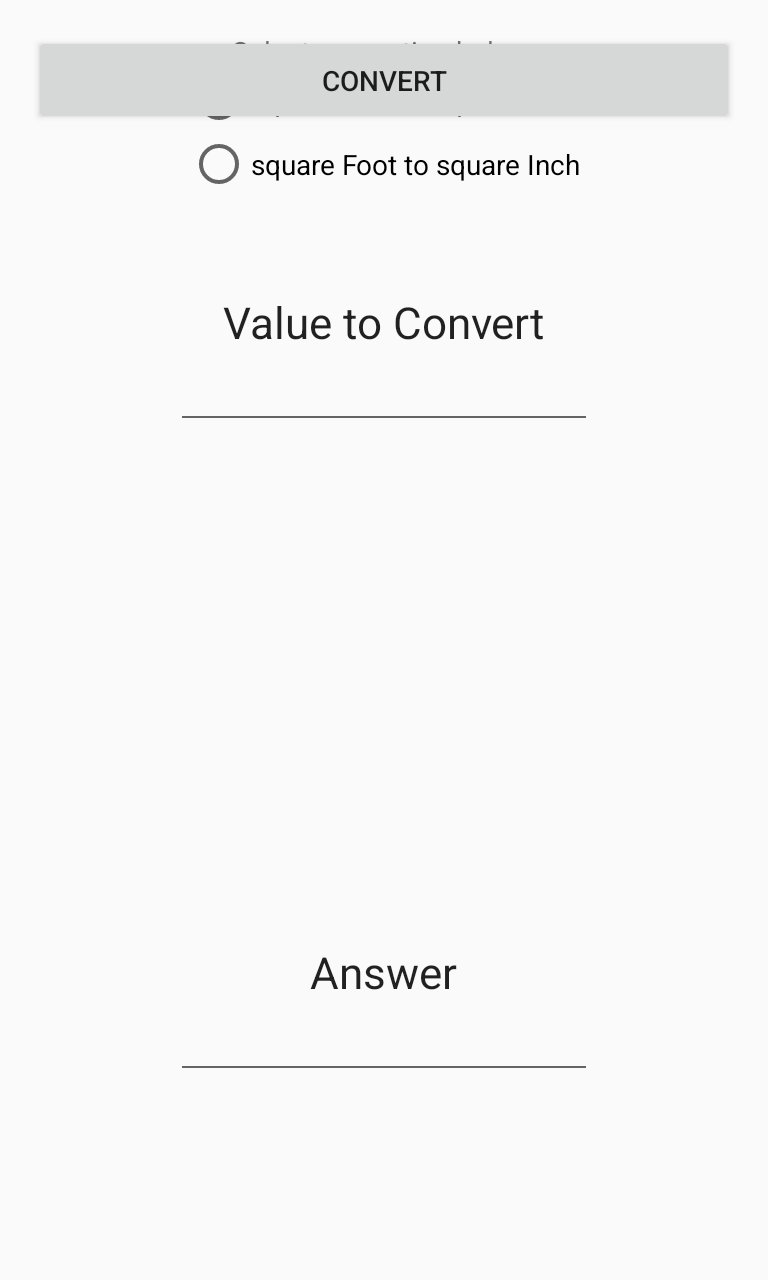
Repository: awayzo/6300Fall14Assignment4
Layout: UnitConvertor/res/layout/activity_area.xml
An editor plug-in stored every save of this project. The layout is shown before and after the next save, followed by the edit.
It is drawn on a 768 x 1280 px phone screen (xhdpi) without system bars, with theme AppTheme; the app's code is not run.

Above is the layout before, as saved 2014-09-26 22:15:05.

### UnitConvertor/res/layout/activity_area.xml
<RelativeLayout xmlns:android="http://schemas.android.com/apk/res/android"
    xmlns:tools="http://schemas.android.com/tools"
    android:layout_width="match_parent"
    android:layout_height="match_parent"
    android:paddingBottom="@dimen/activity_vertical_margin"
    android:paddingLeft="@dimen/activity_horizontal_margin"
    android:paddingRight="@dimen/activity_horizontal_margin"
    android:paddingTop="@dimen/activity_vertical_margin"
    tools:context="edu.gatech.seclass.unitconvertor.AreaActivity" >

   <TextView
        android:id="@+id/lblAnswer"
        android:layout_width="wrap_content"
        android:layout_height="wrap_content"
        android:layout_above="@+id/txtAnswer"
        android:layout_centerHorizontal="true"
        android:text="Answer"
        android:textAppearance="?android:attr/textAppearanceLarge" />


    <TextView
        android:id="@+id/lblTitle_Currency"
        android:layout_width="wrap_content"
        android:layout_height="wrap_content"
        android:layout_alignParentTop="true"
        android:layout_centerHorizontal="true"
        android:text="Select convertion below." />



    <TextView
        android:id="@+id/lblValue"
        android:layout_width="wrap_content"
        android:layout_height="wrap_content"
        android:layout_below="@+id/radioSqfootToSqinch"
        android:layout_centerHorizontal="true"
        android:layout_marginTop="48dp"
        android:text="Value to Convert"
        android:textAppearance="?android:attr/textAppearanceLarge" />

    <EditText
        android:id="@+id/txtValue"
        android:layout_width="wrap_content"
        android:layout_height="wrap_content"
        android:layout_below="@+id/lblValue"
        android:layout_centerHorizontal="true"
        android:ems="10"
        android:inputType="numberDecimal" />

    <Button
        android:id="@+id/btnConvert"
        android:layout_width="match_parent"
        android:layout_height="wrap_content"
        android:text="Convert" />

    <EditText
        android:id="@+id/txtAnswer"
        android:layout_width="wrap_content"
        android:layout_height="wrap_content"
        android:layout_alignLeft="@+id/txtValue"
        android:layout_alignParentBottom="true"
        android:layout_marginBottom="82dp"
        android:ems="10"
        android:inputType="numberDecimal" />

    <RadioButton
        android:id="@+id/radioSqfootToSqinch"
        android:layout_width="wrap_content"
        android:layout_height="wrap_content"
        android:layout_below="@+id/radioSqinchToSqfoot"
        android:layout_centerHorizontal="true"
        android:text="square Foot to square Inch" />
     <RadioButton
        android:id="@+id/radioSqinchToSqfoot"
        android:layout_width="wrap_content"
        android:layout_height="wrap_content"
        android:layout_below="@+id/lblTitle"
        android:layout_centerHorizontal="true"
        android:layout_marginTop="18dp"
        android:text="square Inch to square Foot" />

</RelativeLayout>

Loaded but not shown: UnitConvertor/res/values/styles.xml (common file); UnitConvertor/res/values-v11/styles.xml (common file); UnitConvertor/res/values-v14/styles.xml (common file); UnitConvertor/res/values/dimens.xml (common file); UnitConvertor/res/values-w820dp/dimens.xml (common file)

After the next save:
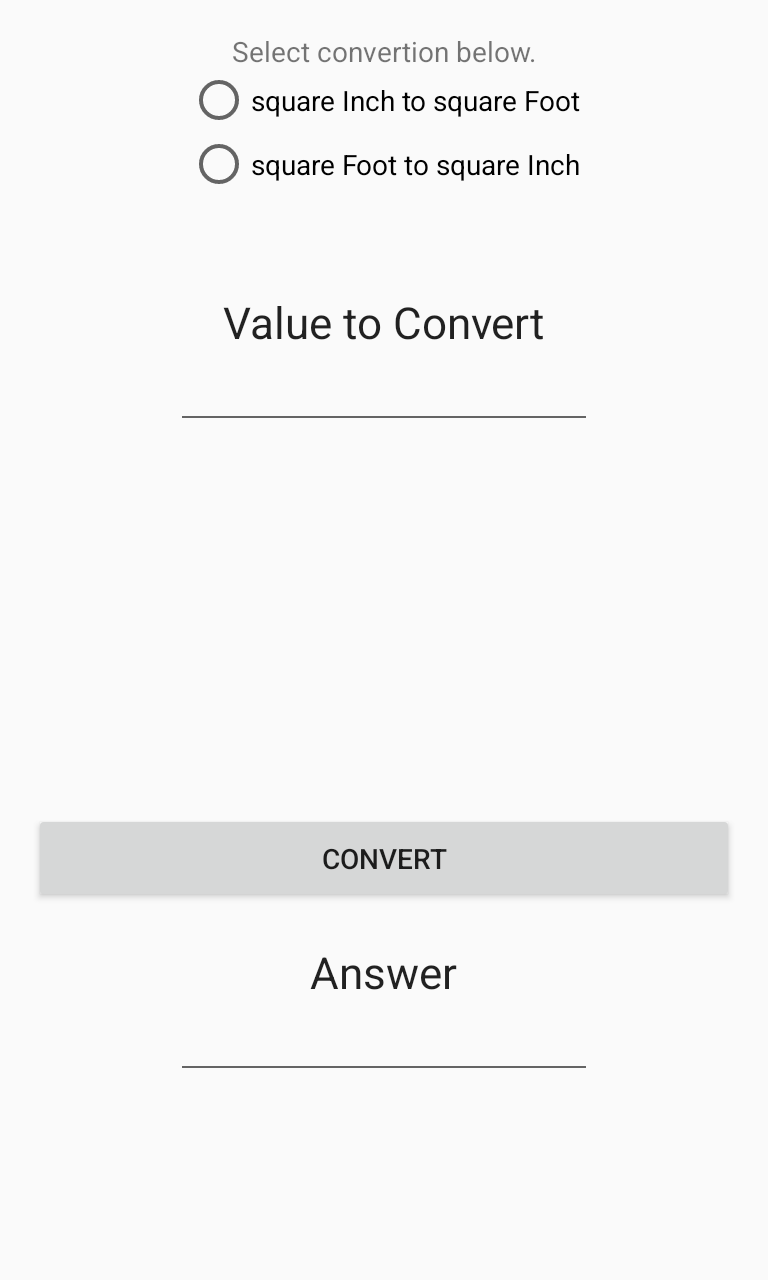
Saved 11 s later.
--- a/UnitConvertor/res/layout/activity_area.xml
+++ b/UnitConvertor/res/layout/activity_area.xml
@@ -51,6 +51,9 @@
         android:id="@+id/btnConvert"
         android:layout_width="match_parent"
         android:layout_height="wrap_content"
+        android:layout_above="@+id/lblAnswer"
+        android:layout_centerHorizontal="true"
+        android:layout_marginBottom="18dp"
         android:text="Convert" />
 
     <EditText
